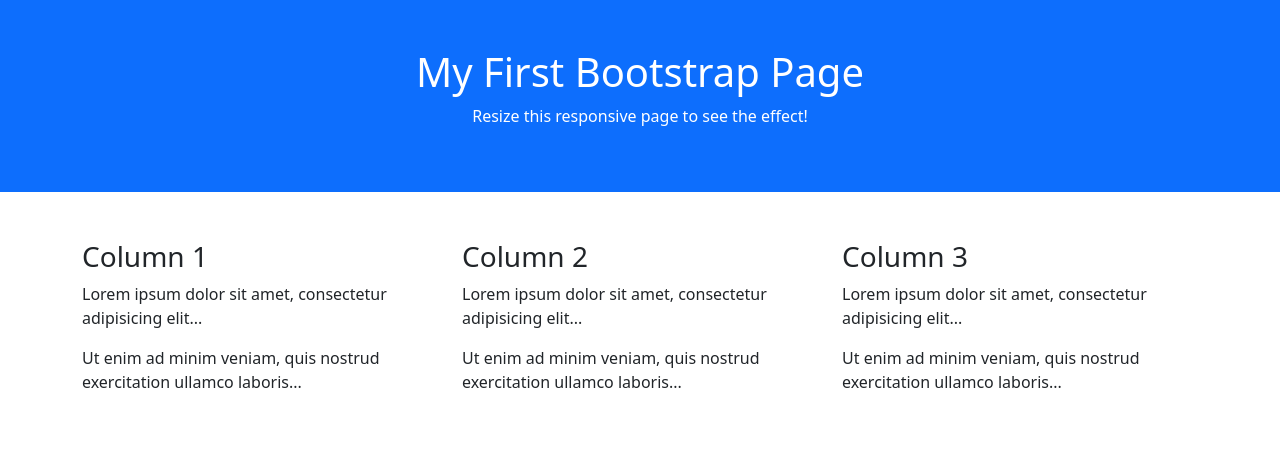
Repository: Dayvid0/BS5-W3SCHOOLS-TUTORIAL
Page: FIRST-BS5-PAGE.html
The author's editor kept a copy of each file at every save. The page is drawn from the files as they stood at one save, then again after the next save.
The browser window is 1280 px wide. The pictures show the whole page.

Above is the page before, as saved 2025-02-18 13:16:40.

### FIRST-BS5-PAGE.html
<!DOCTYPE html>
<html lang="en">
<head>
  <title>Bootstrap 5 Example</title>
  <meta charset="utf-8">
  <meta name="viewport" content="width=device-width, initial-scale=1">
  <link href="https://cdn.jsdelivr.net/npm/bootstrap@5.3.3/dist/css/bootstrap.min.css" rel="stylesheet">
  <script src="https://cdn.jsdelivr.net/npm/bootstrap@5.3.3/dist/js/bootstrap.bundle.min.js"></script>
</head>
<body>
<div class="container-fluid p-5 bg-primary text-white text-center">
  <h1>My First Bootstrap Page</h1>
  <p>Resize this responsive page to see the effect!</p>
</div>
<div class="container mt-5">
  <div class="row">
    <div class="col-sm-4">
      <h3>Column 1</h3>
      <p>Lorem ipsum dolor sit amet, consectetur adipisicing elit...</p>
      <p>Ut enim ad minim veniam, quis nostrud exercitation ullamco laboris...</p>
    </div>
    <div class="col-sm-4">
      <h3>Column 2</h3>
      <p>Lorem ipsum dolor sit amet, consectetur adipisicing elit...</p>
      <p>Ut enim ad minim veniam, quis nostrud exercitation ullamco laboris...</p>
    </div>
    <div class="col-sm-4">
      <h3>Column 3</h3>
      <p>Lorem ipsum dolor sit amet, consectetur adipisicing elit...</p>
      <p>Ut enim ad minim veniam, quis nostrud exercitation ullamco laboris...</p>
    </div>
  </div>
</div>
</body>
</html>

After the next save:
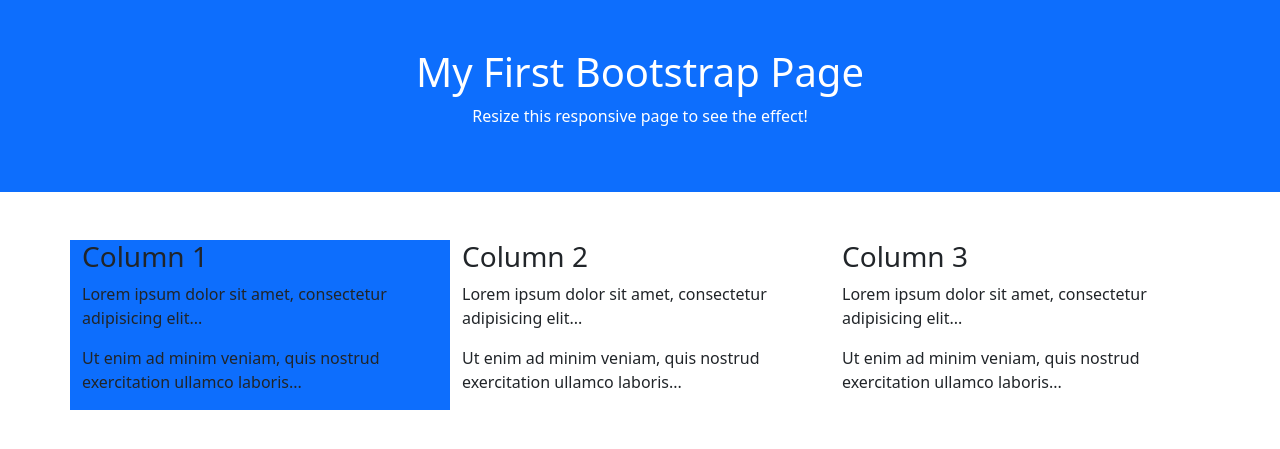
Saved 72 s later.
--- a/FIRST-BS5-PAGE.html
+++ b/FIRST-BS5-PAGE.html
@@ -14,7 +14,7 @@
 </div>
 <div class="container mt-5">
   <div class="row">
-    <div class="col-sm-4">
+    <div class="col-sm-4 bg-primary" >
       <h3>Column 1</h3>
       <p>Lorem ipsum dolor sit amet, consectetur adipisicing elit...</p>
       <p>Ut enim ad minim veniam, quis nostrud exercitation ullamco laboris...</p>
